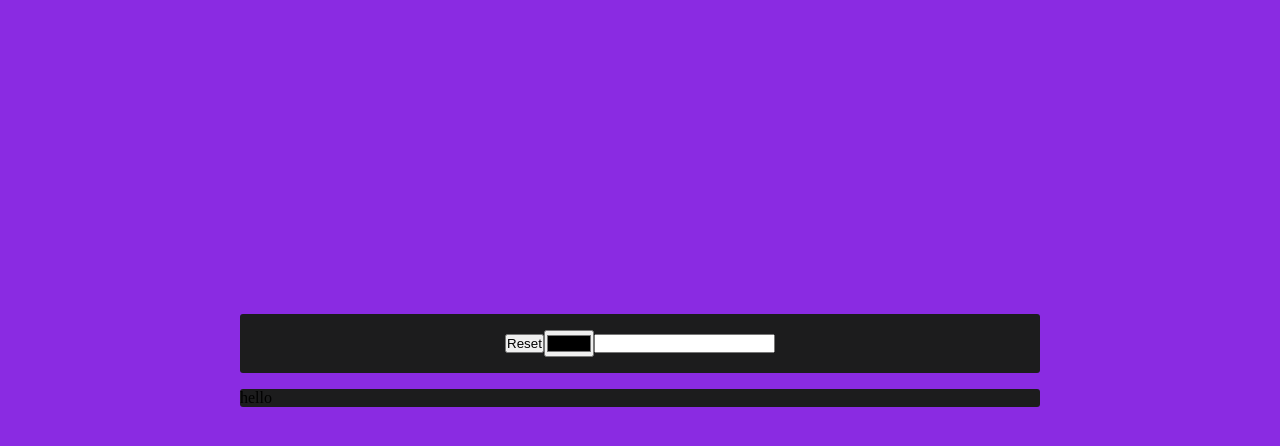
Repository: Larrowo/Challenges
Page: Pixel-Art/index.html
The author's editor kept a copy of each file at every save. The page is drawn from the files as they stood at one save, then again after the next save.
The browser window is 1280 px wide. The pictures show the whole page.

Above is the page before, as saved 2022-04-20 12:19:01.

### Pixel-Art/index.html
<!DOCTYPE html>
<html lang="en">

<head>
    <meta charset="UTF-8" />
    <meta http-equiv="X-UA-Compatible" content="IE=edge" />
    <meta name="viewport" content="width=device-width, initial-scale=1.0" />
    <title>Document</title>
    <link rel="stylesheet" href="style.css" />
    <script src="/Pixel-Art/main.js" defer></script>
</head>

<body>
    <div class="navbar">
        <button class="btn">Reset</button>
        <input type="color" class="color">
        <input type="number" class="size">
    </div>
    <div class="container">
        hello
    </div>
</body>

</html>

### Pixel-Art/style.css
*{
    margin: 0;
    padding: 0;
    box-sizing: border-box;
}

html, body{
    height: 100%;
}

body{
    background-color: blueviolet;
    display: flex;
    justify-content: center;
    align-items: center;
    flex-direction: column;

}

.navbar, .container{
    background-color:rgba(28,28,29);
    width: 800px;
    border-radius: 3px;
}

.navbar{
    padding: 1em;
    margin-bottom: 1em;
    display: flex;
    justify-content: center;
    align-items: center;
}

Loaded but not shown: Pixel-Art/main.js (no stored copy; drawn as an empty file)

After the next save:
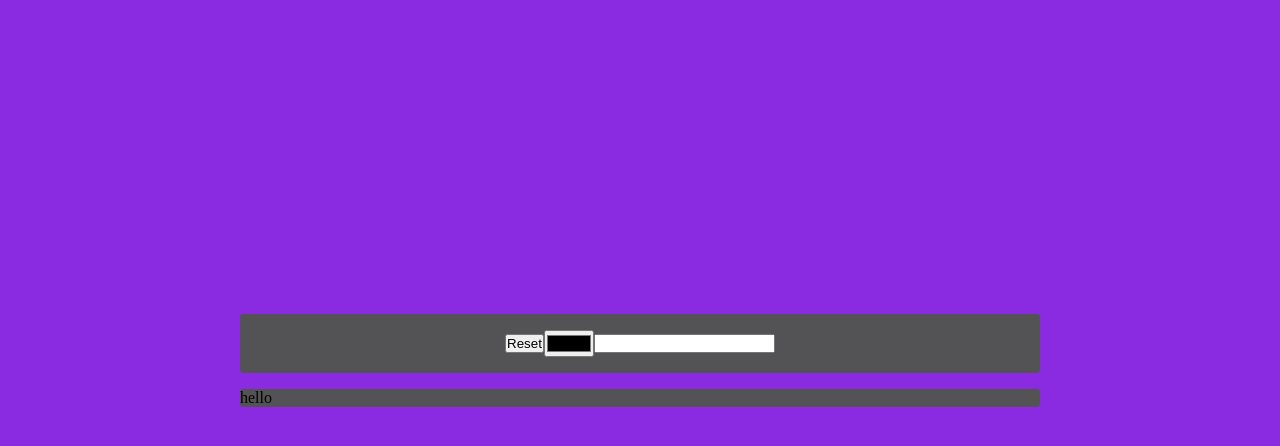
Saved 20 s later.
--- a/Pixel-Art/style.css
+++ b/Pixel-Art/style.css
@@ -18,7 +18,7 @@ body{
 }
 
 .navbar, .container{
-    background-color:rgba(28,28,29);
+    background-color:rgb(83, 83, 86);
     width: 800px;
     border-radius: 3px;
 }
